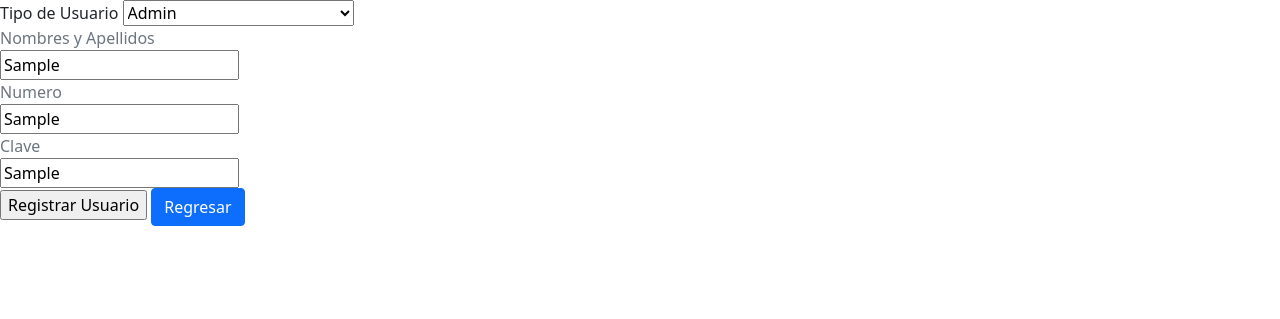
Repository: Gimblet/LP1_Proyecto_Yape
Page: http://localhost/Yape/nuevoUsuario.jsp
These files come from the project's save history. The page is drawn as it stood at one moment and after the next save; the edit follows.
The browser window is 1280 px wide. The pictures show the whole page.
Empty fields were first filled with sample values (such as "Sample", 5 or name@example.com).
After loading, the first visible `select` was changed once.
The page is served by Tomcat 9. Other server files are loaded and not shown.

Above is the page before, as saved 2024-04-25 20:37:16.

### Yape/src/main/webapp/nuevoUsuario.jsp
<%@ page language="java" contentType="text/html; charset=ISO-8859-1"
    pageEncoding="ISO-8859-1"%>
<!DOCTYPE html>
<html>
<head>
	<meta charset="ISO-8859-1">
	<link href="https://cdn.jsdelivr.net/npm/bootstrap@5.1.3/dist/css/bootstrap.min.css" rel="stylesheet">
	<style>
	</style>
	<title>Editar Yape</title>
</head>
<body>
	<form action="Servlet" method="post">
		<div class="form-group">
			<label>Tipo de Usuario</label>
			<select name="cboTipoUsuario" onchange="updateSaldo()">
				<option>Seleccionar Tipo de Usuario</option>
				<option>Admin</option>
				<option>Cliente</option>
			</select>
		</div>
		<div class="form-group">
			<label class="text-secondary">Nombres y Apellidos</label>
			<br>
			<input type="text" name="txtNombreApe" required>
		</div>
		<div class="form-group" id="saldoField">
		</div>

			<script>
    			function updateSaldo() {
        			var selectedOption = document.getElementsByName("cboTipoUsuario")[0].value;
        			var saldoField = document.getElementById("saldoField");

        			if(selectedOption === "Cliente"){
            			saldoField.innerHTML = '<label class="text-secondary">Saldo</label><br><input required name="txtSaldo" type="text">';
        			}
    			}
			</script>

		<div class="form-group">
			<label class="text-secondary">Numero</label>
			<br>
			<input required name="txtNumero" type="text">
		</div>
		<div class="form-group">
			<label class="text-secondary">Clave</label>
			<br>
			<input required type="text" name="txtClave">
		</div>

		<input type="submit" name="type" value="Registrar Usuario" >
		<a href="Servlet?type=Volver" class="btn btn-primary">Regresar</a>
	</form>
</body>
</html>

After the next save:
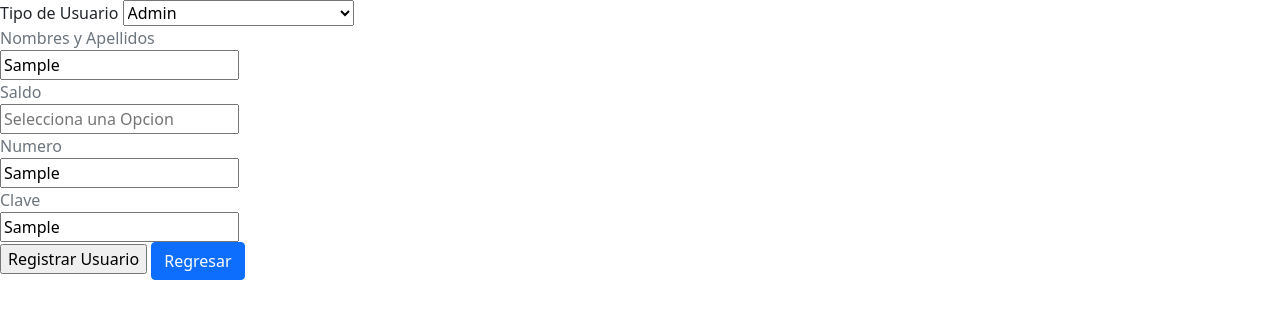
Saved 43 s later.
--- a/Yape/src/main/webapp/nuevoUsuario.jsp
+++ b/Yape/src/main/webapp/nuevoUsuario.jsp
@@ -35,6 +35,10 @@
         			if(selectedOption === "Cliente"){
             			saldoField.innerHTML = '<label class="text-secondary">Saldo</label><br><input required name="txtSaldo" type="text">';
         			}
+
+        			else {
+            			saldoField.innerHTML = '<label class="text-secondary">Saldo</label><br><input required name="txtSaldo" type="text" placeholder="Selecciona una Opcion">';
+        			}
     			}
 			</script>
 

After the save that followed:
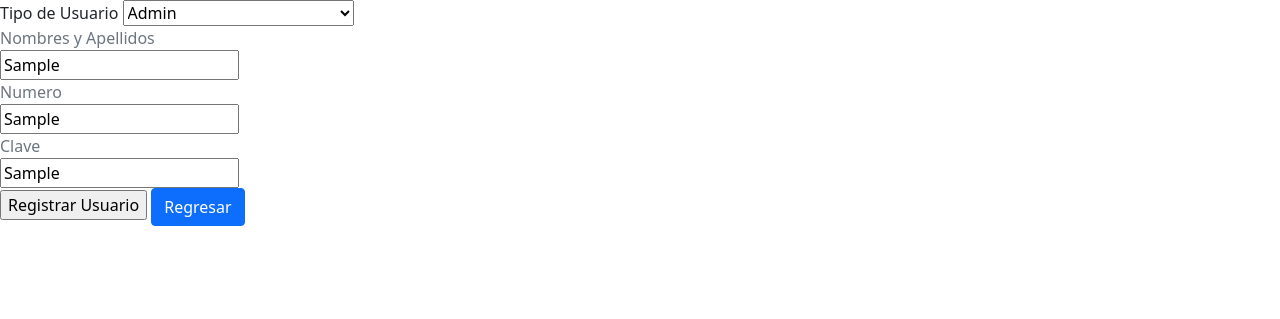
Saved 8 s later.
--- a/Yape/src/main/webapp/nuevoUsuario.jsp
+++ b/Yape/src/main/webapp/nuevoUsuario.jsp
@@ -37,7 +37,7 @@
         			}
 
         			else {
-            			saldoField.innerHTML = '<label class="text-secondary">Saldo</label><br><input required name="txtSaldo" type="text" placeholder="Selecciona una Opcion">';
+            			saldoField.innerHTML = '';
         			}
     			}
 			</script>
